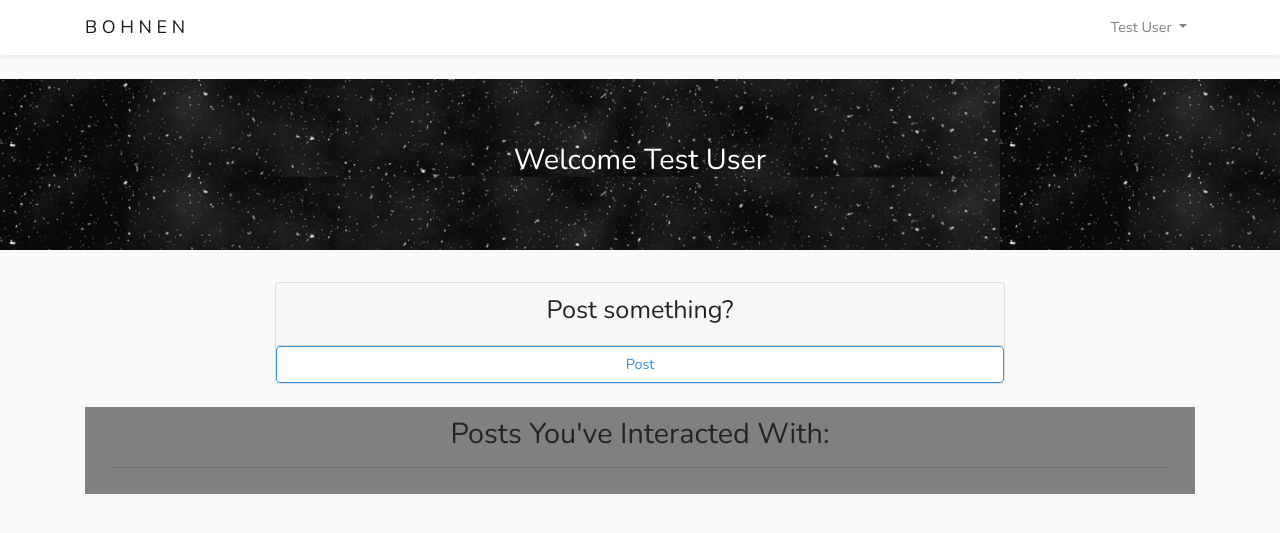
Repository: davidbohnen/BOHNEN
Page: http://localhost/home
The author's editor kept a copy of each file at every save. The page is drawn from the files as they stood at one save, then again after the next save.
The browser window is 1280 px wide. The pictures show the whole page.
The page is served by the project's Laravel application, run on PHP 8.4 with Laravel 8. A made-up administrator, Test User (test@example.com), is signed in.

Above is the page before, as saved 2020-05-05 22:21:17.

After the next save:
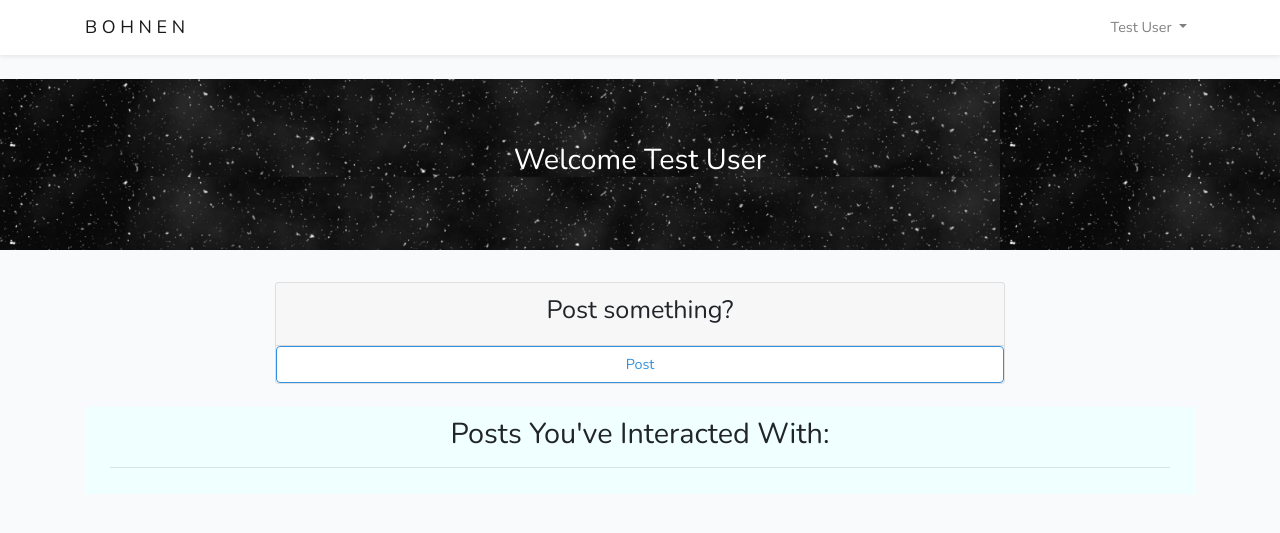
Saved 23 s later.
--- a/resources/views/home.blade.php
+++ b/resources/views/home.blade.php
@@ -32,7 +32,7 @@
     </div>
     <br>
 
-    <div class="container"  class="row justify-content-center" style = "background-color:gray">
+    <div class="container"  class="row justify-content-center" style = "background-color:azure">
     <div style="text-align:center;padding:10px" >
         <h2>Posts You've Interacted With:</h2>
             <hr>
